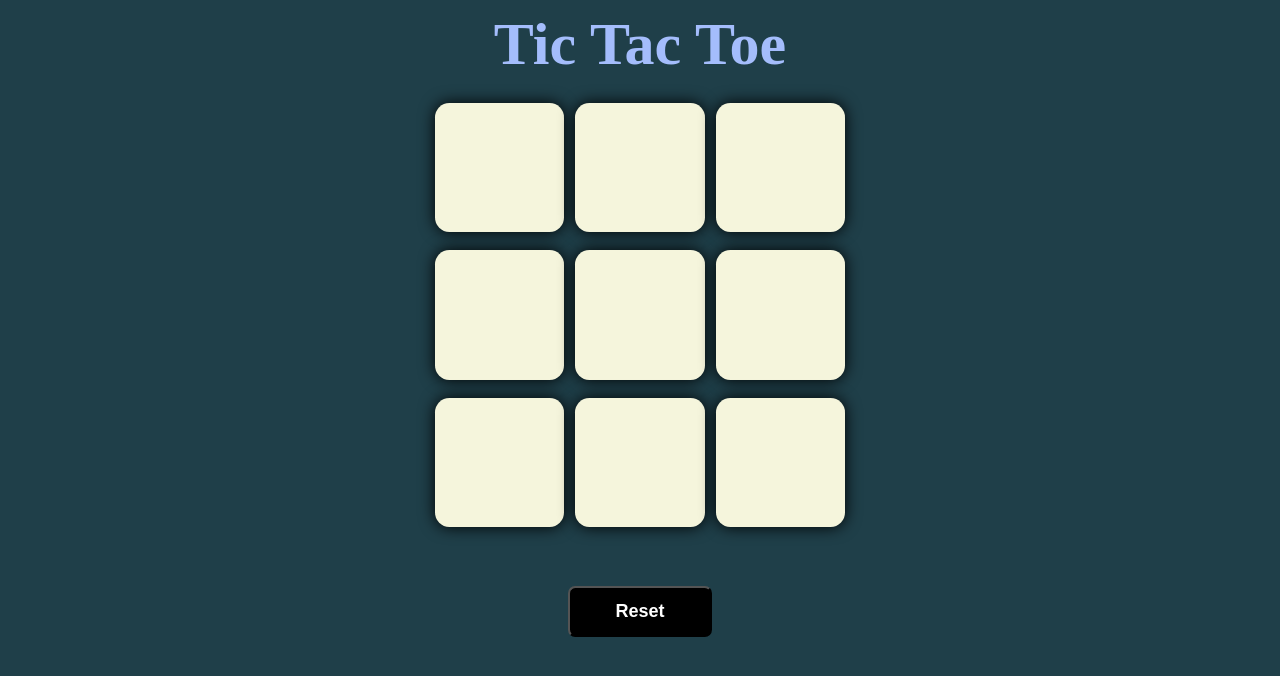
Repository: AreezAnsari/Tic-Tac-Toe
Page: Game/Game.html
An editor plug-in stored every save of this project. The page is shown before and after the next save, followed by the edit.
The browser window is 1280 px wide. The pictures show the whole page.

Above is the page before, as saved 2025-06-01 17:28:26.
Console error: TypeError: box.addEventListener is not a function

After the next save:
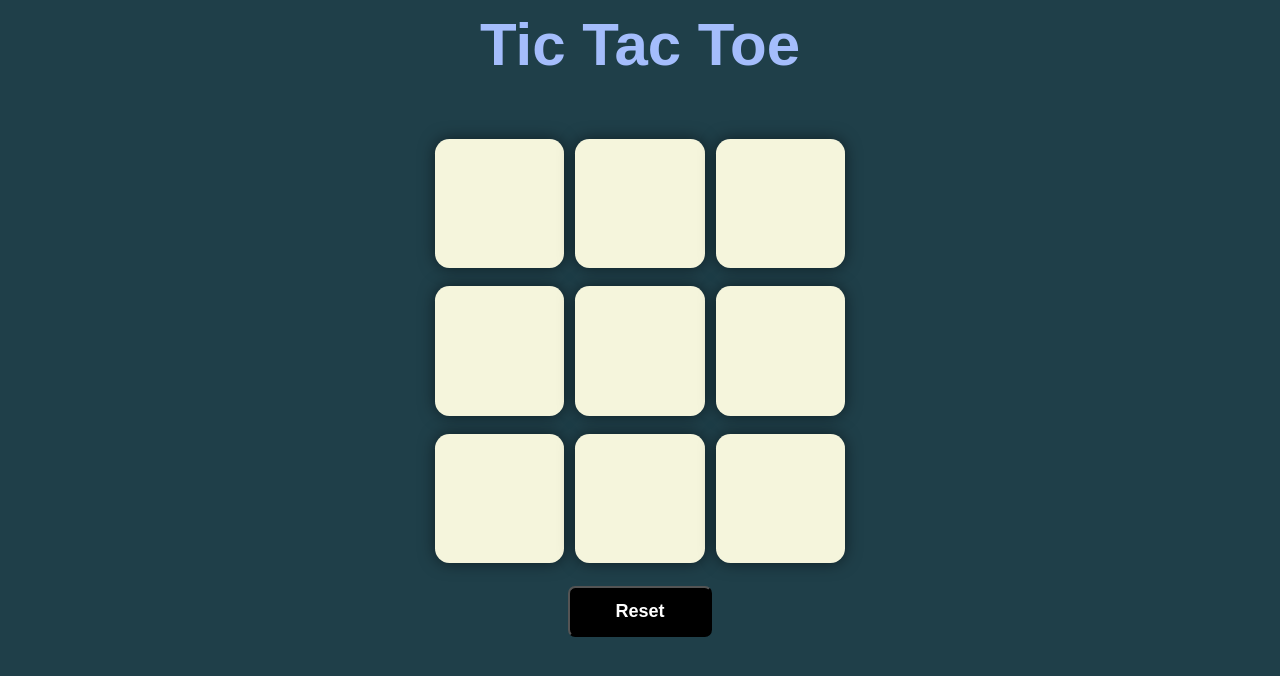
Saved 19 h 9 min later.
--- a/Game/Game.css
+++ b/Game/Game.css
@@ -1,26 +1,32 @@
-*{
+* {
     margin: 0;
     padding: 0;
+    box-sizing: border-box;
 }
 
-body{
+body {
     text-align: center;
     background-color: #1F3F49;
+    font-family: sans-serif;
+    perspective: 1000px; /* Enables 3D space */
 }
-h1{
+
+h1 {
     color: #A4BDFC;
     margin-top: 10px;
     padding-bottom: 20px;
     font-size: 60px;
 }
-.container{
+
+.container {
     text-align: center;
     height: 70vh;
     display: flex;
     justify-content: center;
+    align-items: center;
 }
-.game
-{
+
+.game {
     height: 60vmin;
     width: 60vmin;
     gap: 1.5vmin;
@@ -28,8 +34,10 @@
     flex-wrap: wrap;
     align-items: center;
     justify-content: center;
+    transform-style: preserve-3d;
 }
-.box{
+
+.box {
     color: black;
     background-color: beige;
     height: 18vmin;
@@ -38,17 +46,24 @@
     font-size: xxx-large;
     border: none;
     border-radius: 2vmin;
-    box-shadow: 0 0 1rem rgb(0, 0, 1);
+    box-shadow: 0 0 1rem rgba(0, 0, 0, 0.5);
+    transition: transform 0.3s ease, box-shadow 0.3s ease;
+    transform: rotateX(0deg) rotateY(0deg);
 }
+
 .box:hover {
-  color: #ff0000;
-  transform: translateY(-2px);
+    color: #ff0000;
+    transform: rotateY(10deg) rotateX(10deg) translateZ(5px);
+    box-shadow: 0 10px 20px rgba(0, 0, 0, 0.7);
 }
+
 .box:active {
-transform: scale(0.98);
+    transform: rotateY(0deg) rotateX(0deg) scale(0.95);
+    box-shadow: 0 5px 10px rgba(0, 0, 0, 0.4);
 }
-.reset-btn{
-    margin-top: -10vmin;
+
+.reset-btn,
+.new-btn {
     align-items: center;
     padding: 1vmin;
     font-size: 2.5vmin;
@@ -58,44 +73,31 @@
     border-radius: 1vmin;
     width: 20vmin;
     height: 7vmin;
-}
-.reset-btn:hover {
-  color: red;
-  transform: translateY(-2px);
-}
-.reset-btn:active {
-transform: scale(0.98);
+    margin-top: -10vmin;
+    transition: transform 0.3s ease, color 0.3s ease;
 }
 
-.new-btn{
-    align-items: center;
-    padding: 1vmin;
-    font-size: 2.5vmin;
-    font-weight: bold;
-    background-color: black;
-    color: white;
-    border-radius: 1vmin;
-    width: 20vmin;
-    height: 7vmin;
-}
+.reset-btn:hover,
 .new-btn:hover {
-  color: red;
-  transform: translateY(-2px);
-}
-.new-btn:active {
-transform: scale(0.98);
+    color: red;
+    transform: translateY(-2px);
 }
 
-.msg{
+.reset-btn:active,
+.new-btn:active {
+    transform: scale(0.98);
+}
+
+.msg {
     padding: 10px;
     font-size: 8vmin;
     color: beige;
 }
 
-.msg-container{
+.msg-container {
     height: 20vmin;
 }
 
-.hide{
+.hide {
     display: none;
 }
